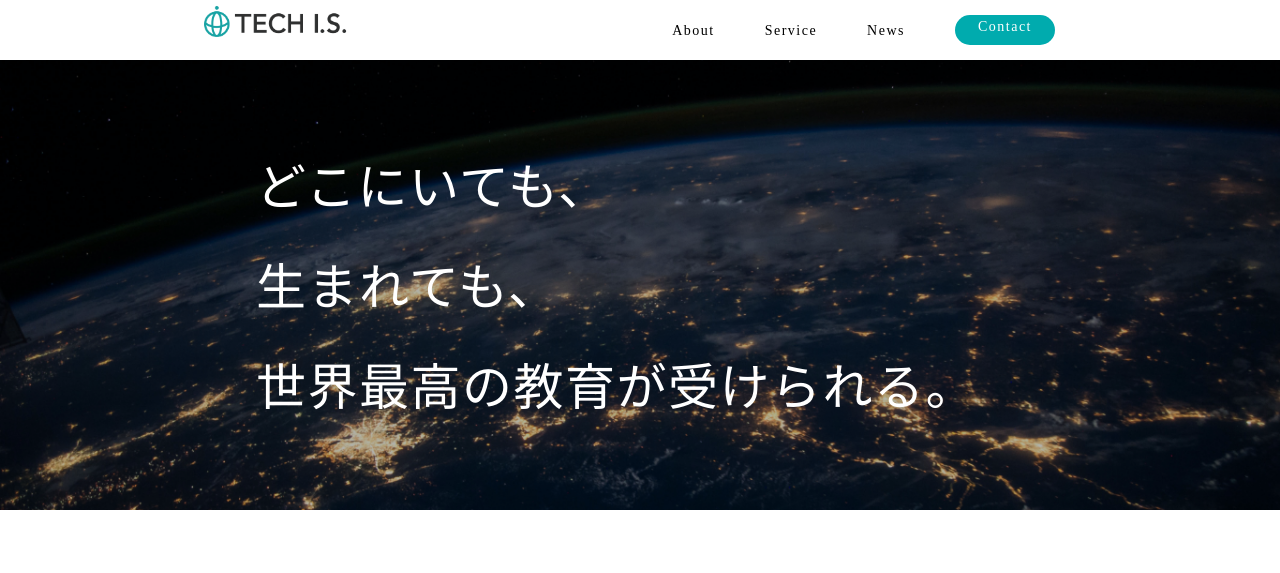
Repository: ryunoesta/lp-techis
Page: indx.html
The author's editor kept a copy of each file at every save. The page is drawn from the files as they stood at one save, then again after a run of saves.
The browser window is 1280 px wide. The pictures show the whole page.

Above is the page before, as saved 2022-06-10 02:29:15.

### indx.html
<!DOCTYPE html>
<html lang="ja">
<head>
    <meta charset="UTF-8">
    <meta http-equiv="X-UA-Compatible" content="IE=edge">
    <meta name="viewport" content="width=device-width, initial-scale=1.0">
    <!-- reset css -->
    <link rel="stylesheet" href="./CSS/reset.css">
    <!-- style css -->
    <link rel="stylesheet" href="./CSS/style.css">
    <title>プログラミングスクール テックアイエス</title>
</head>
<body>
    <!-- header -->
    <header>
        <img src="./img/logo.png" alt="テックアイエスロゴ">
        <ul>
            <li class="header-list"><a href="">About</a></li>
            <li class="header-list"><a href="">Service</a></li>
            <li class="header-list"><a href="">News</a></li>
            <li class="header-list common-btn"><a href="">Contact</a></li>
        </ul>
    </header>

    <!-- fv -->
    <div class="fv">
        <img src="./img/top1.png" alt="トプ画">
        <h1>どこにいても、
            <br>
            生まれても、
            <br>
            世界最高の教育が受けられる。
        </h1>
    </div>
</body>
</html>

### CSS/reset.css
*, *::before, *::after {
    box-sizing: border-box;
}
html, body, div, span, applet, object, iframe, h1, h2, h3, h4, h5, h6, p, blockquote, pre, a,
abbr, acronym, address, big, cite, code, del, dfn, em, font, ins, kbd, q, s, samp, small, strike,
strong, sub, sup, tt, var, dl, dt, dd, ol, ul, li, fieldset, form, label, legend, table,
caption, tbody, tfoot, thead, tr, th, td {
    border: 0;
    font-size: 100%;
    font-weight: inherit;
    margin: 0;
    outline: 0;
    padding: 0;
    vertical-align: baseline;
}
body {
    width: 100%;
    height: 100%;
    margin: 0 auto;
    letter-spacing: 1.5px;
    line-height: 1.5;
}
img {
    width: 100%;
    height: 100%;
    top: 0;
    left: 0;
    object-fit: cover;
}
a {
    color: black;
    text-decoration: none;
}
ol, ul {
    list-style: none;
}
table {
    border-collapse: separate;
    border-spacing: 0;
}

### CSS/style.css
/* header */
header {
    width: 100%;
    display: flex;
    justify-content: space-between;
    padding: 0 200px;
}

header img {
    width: 150px;
    display: block;
}

header ul {
    height: 100%;
    padding: 15px 0;
    display: flex;
}

header ul li {
    font-size: 14px;
    margin: auto 25px;
}

/* common */
.common-btn {
    display: block;
    width: 100px;
    height: 30px;
    border-radius: 20px;
    background: #00abae;
    text-align: center;
}

.common-btn a {
    color: #fff;
    font-size: 14px;
    vertical-align: middle;
}


/* fv */
.fv {
    position: relative;
}

.fv h1 {
    position: absolute;
    top: 50%;
    left: 20%;
    -webkit-transform: translateY(-50%);
    -moz-transform: translateY(-50%);
    -ms-transform: translateY(-50%);
    -o-transform: translateY(-50%);
    transform: translateY(-50%);
    color: #fff;
    font-size: 50px;
    line-height: 2;
}

After the next 3 saves:
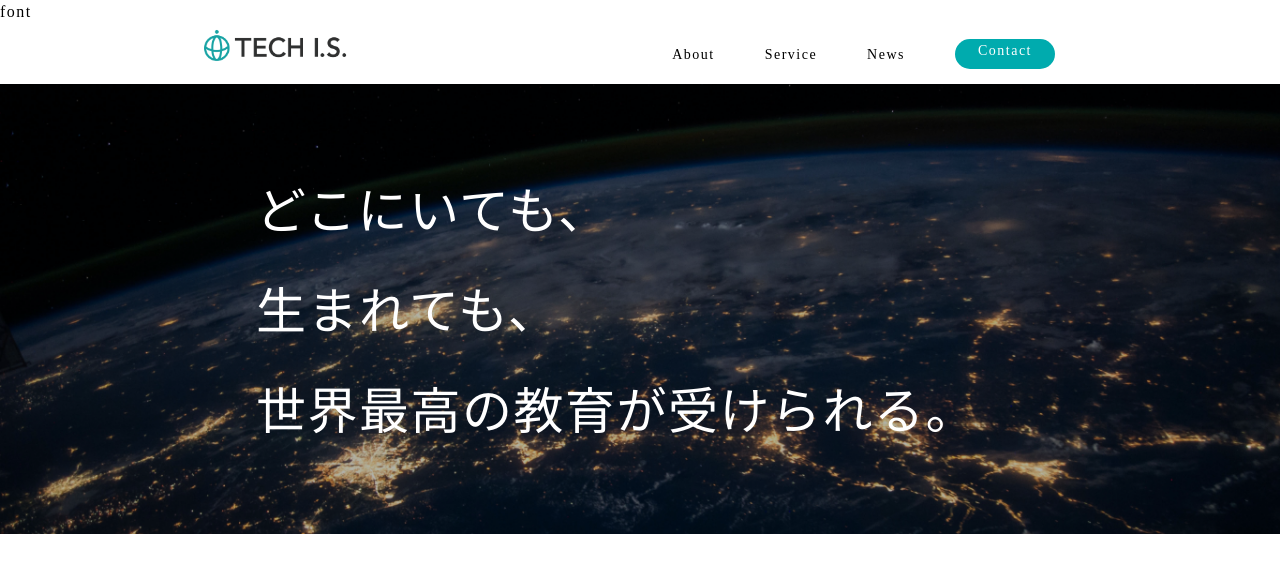
The 3 saves are shown as one change because they came seconds apart.
The last was saved 2 days later.
--- a/indx.html
+++ b/indx.html
@@ -8,6 +8,8 @@
     <link rel="stylesheet" href="./CSS/reset.css">
     <!-- style css -->
     <link rel="stylesheet" href="./CSS/style.css">
+    font
+    <link rel="stylesheet" href="https://use.fontawesome.com/releases/v5.15.1/css/all.css">
     <title>プログラミングスクール テックアイエス</title>
 </head>
 <body>
